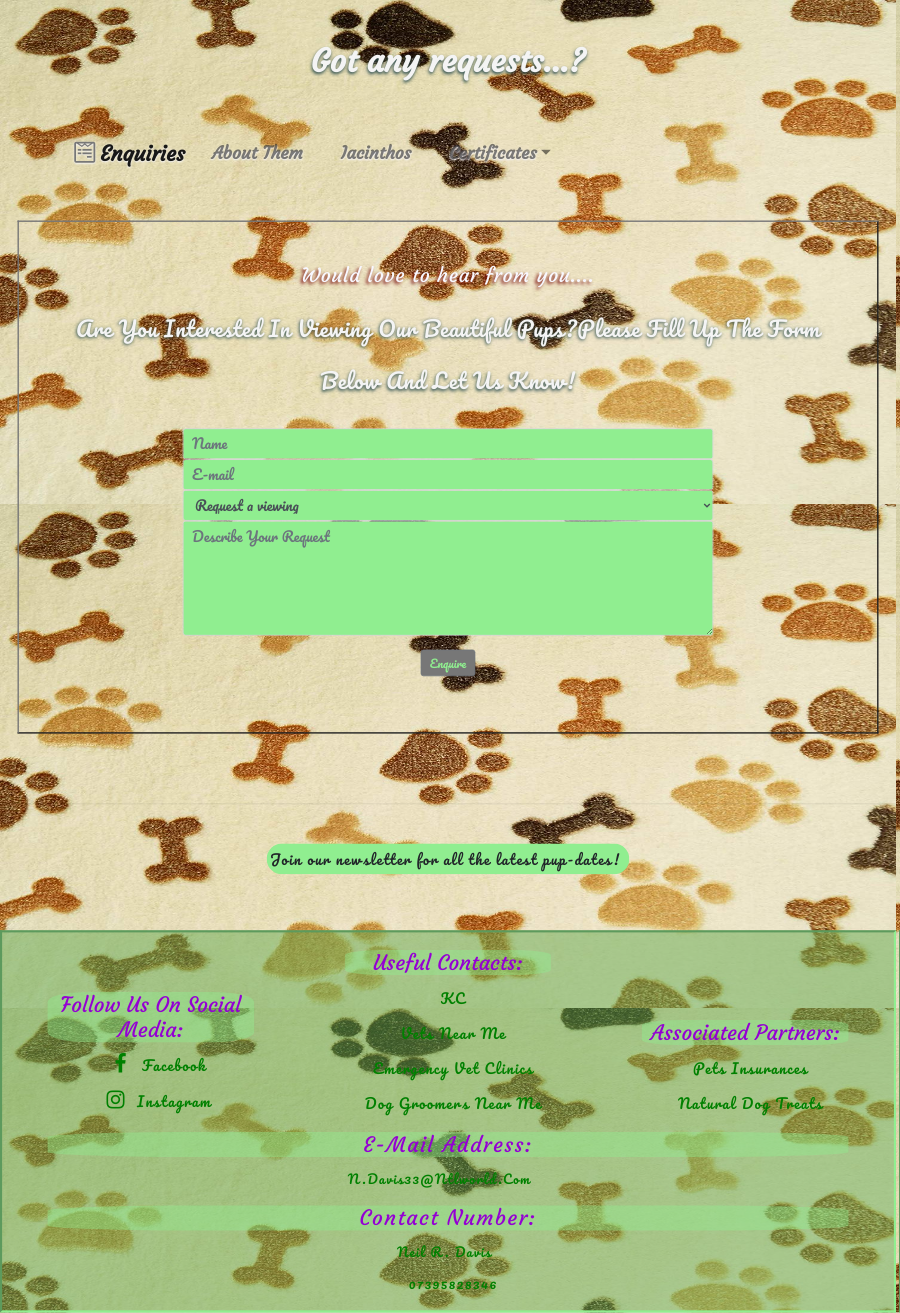
Repository: Code-Institute-Submissions/GeorgiosSklav-Iacinthos-blog
Page: request-form.html
The author's editor kept a record of every edit. The page is drawn from the files as they stood at one moment, then again after the next edit.
The browser window is 1280 px wide. The page is 1285 px wide, so the pictures cover 1285 px, including what lies to the right of the window. The pictures show the whole page, at 70% of full size.
Backgrounds fixed to the window are drawn as part of the page.

Above is the page before.

After the next edit:
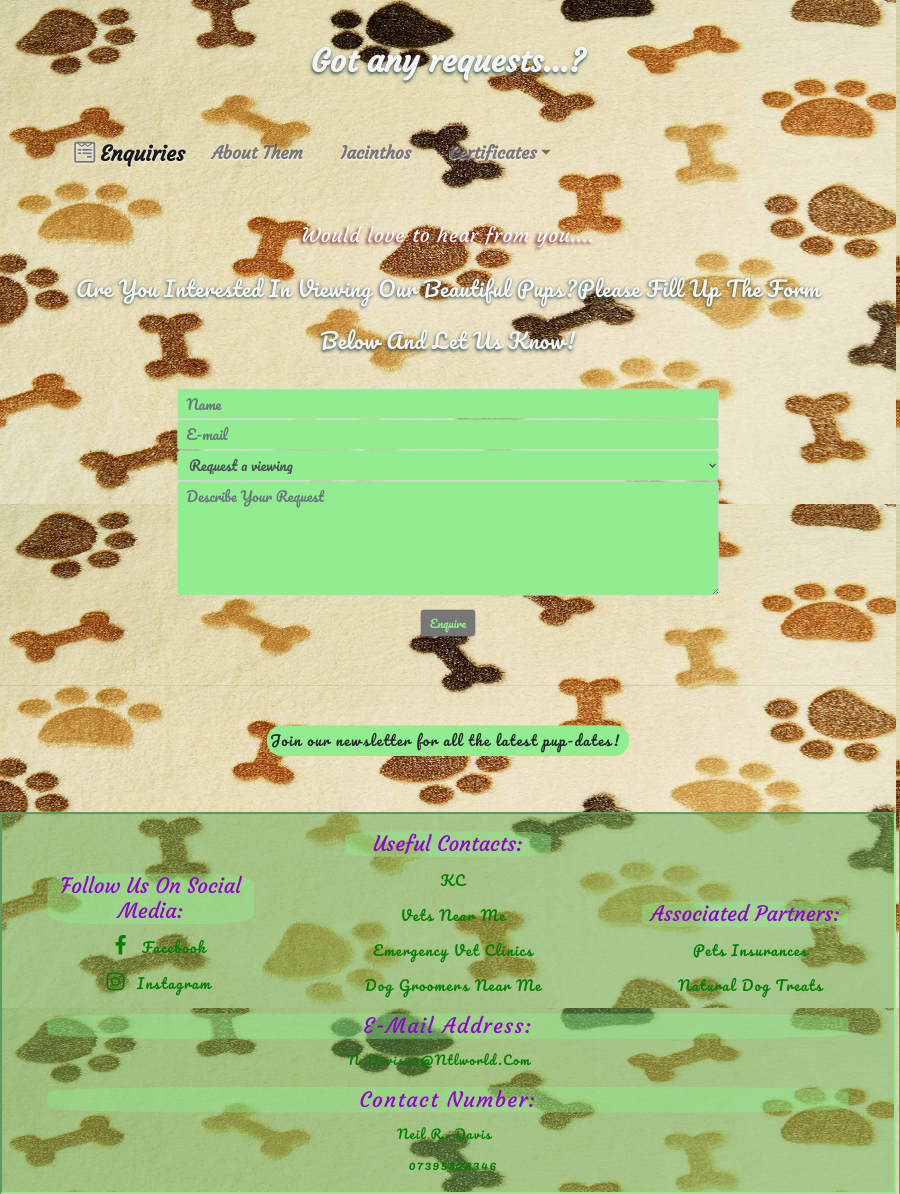
The edit:
--- a/style.css
+++ b/style.css
@@ -196,12 +196,12 @@
     text-shadow: -1px 2px 5px #2f4f4f;
 }
 
-/*text-shadow: -3px 2px 3px #00008b;*/
+/**/
 
 .about .about-title {
     color: #f8f8ff;
     text-shadow: -3px 2px 5px #750909;
-}
+}text-shadow: -3px 2px 3px #00008b;
 
 #frame {
     border: 2px outset #777;

After the edit that followed:
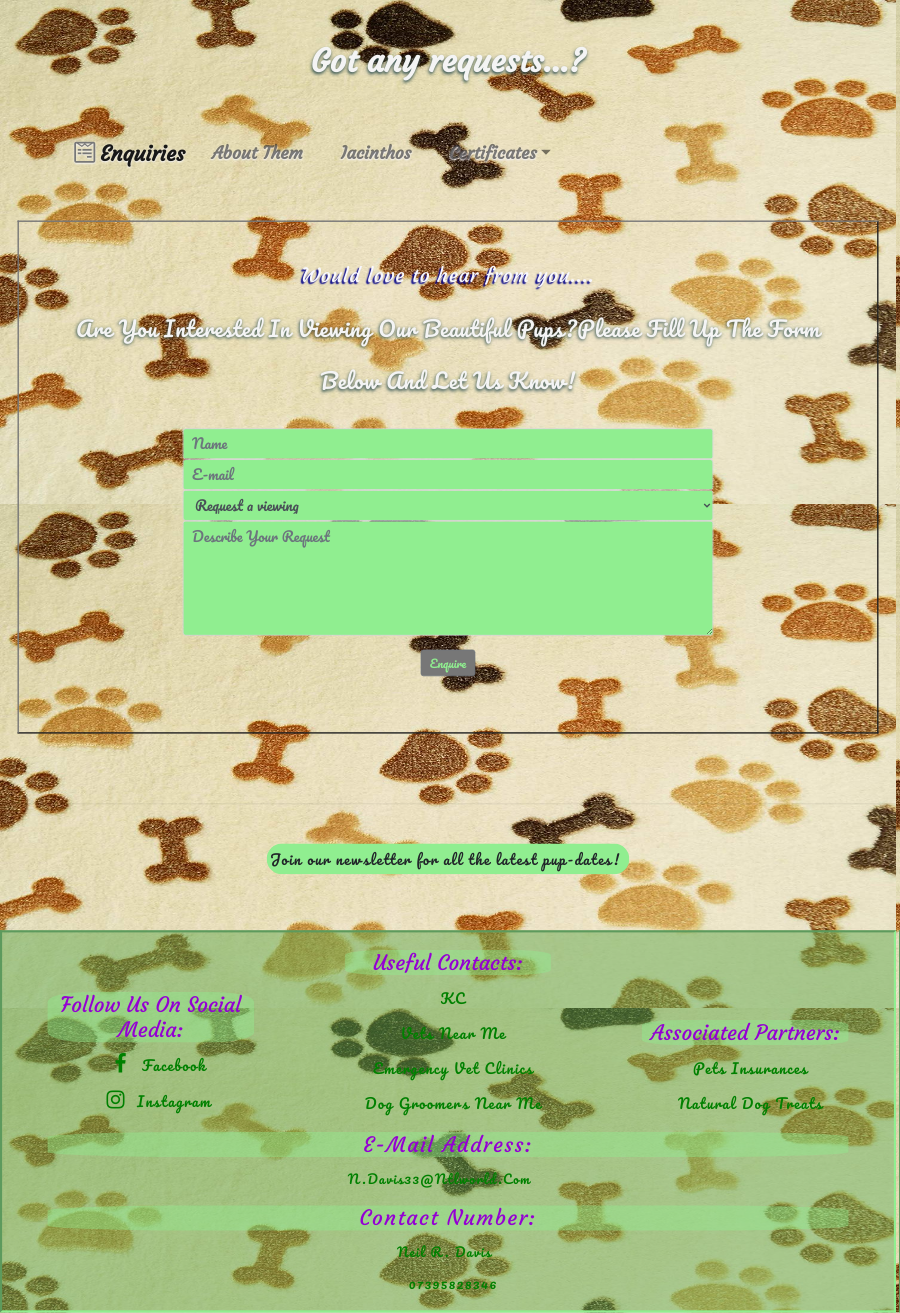
The edit:
--- a/style.css
+++ b/style.css
@@ -196,12 +196,12 @@
     text-shadow: -1px 2px 5px #2f4f4f;
 }
 
-/**/
+/* text-shadow: -3px 2px 5px #750909*/
 
 .about .about-title {
     color: #f8f8ff;
-    text-shadow: -3px 2px 5px #750909;
-}text-shadow: -3px 2px 3px #00008b;
+    text-shadow: -3px 2px 2px #00008b;
+}
 
 #frame {
     border: 2px outset #777;
